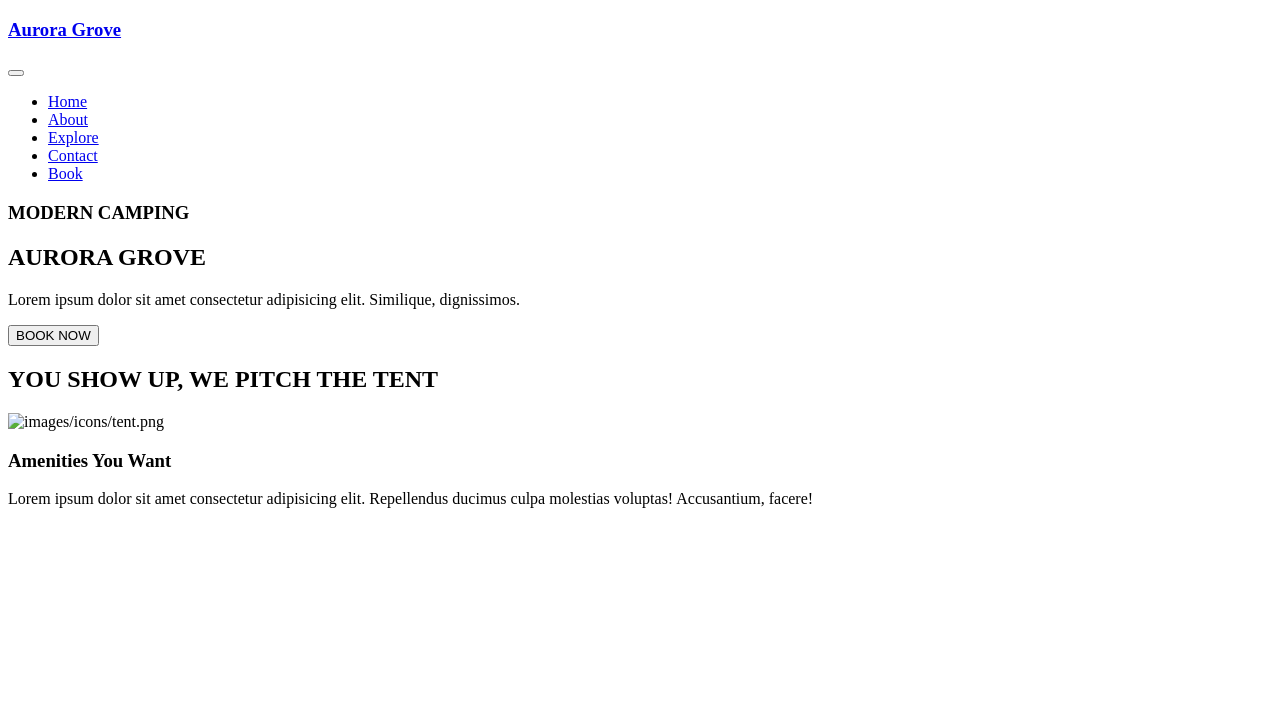
Repository: minhtien9/AuroraGrove
Page: index.html
An editor plug-in stored every save of this project. The page is shown before and after the next save, followed by the edit.
The browser window is 1280 px wide. The pictures show the whole page.
The style sheet was rebuilt from its Sass, Less or Tailwind sources for each picture, by a compiler version that may differ from the author's.

Above is the page before, as saved 2021-12-04 13:38:11.

After the next save:
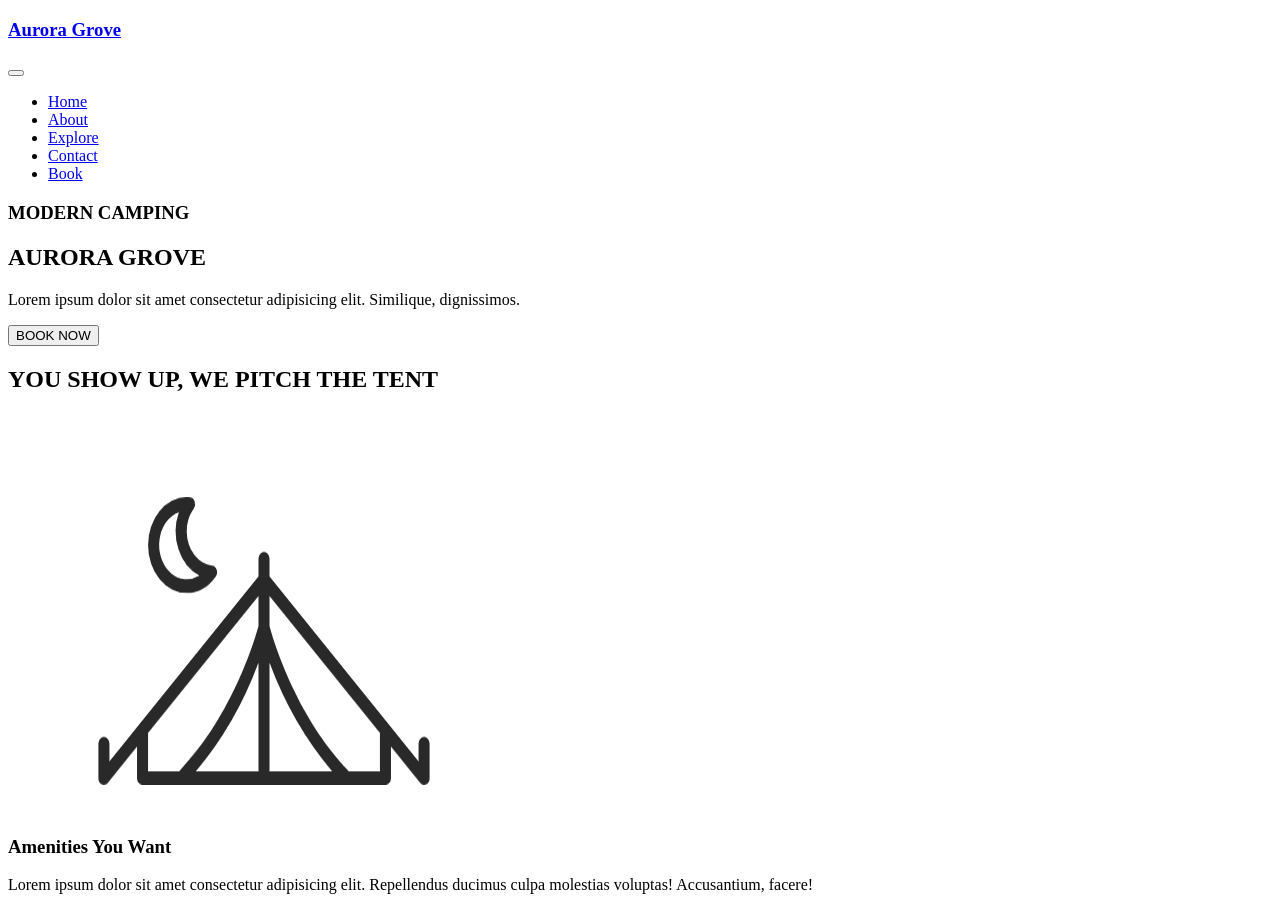
Saved 19 s later.
--- a/index.html
+++ b/index.html
@@ -90,8 +90,8 @@
                 <div class="row">
                     <div class="col-md-4">
                         <img
-                            src="#"
-                            alt="images/icons/tent.png"
+                            src="images/icons/tent.png"
+                            alt="#"
                             class="img-fluid"
                         />
                         <h3>Amenities You Want</h3>
